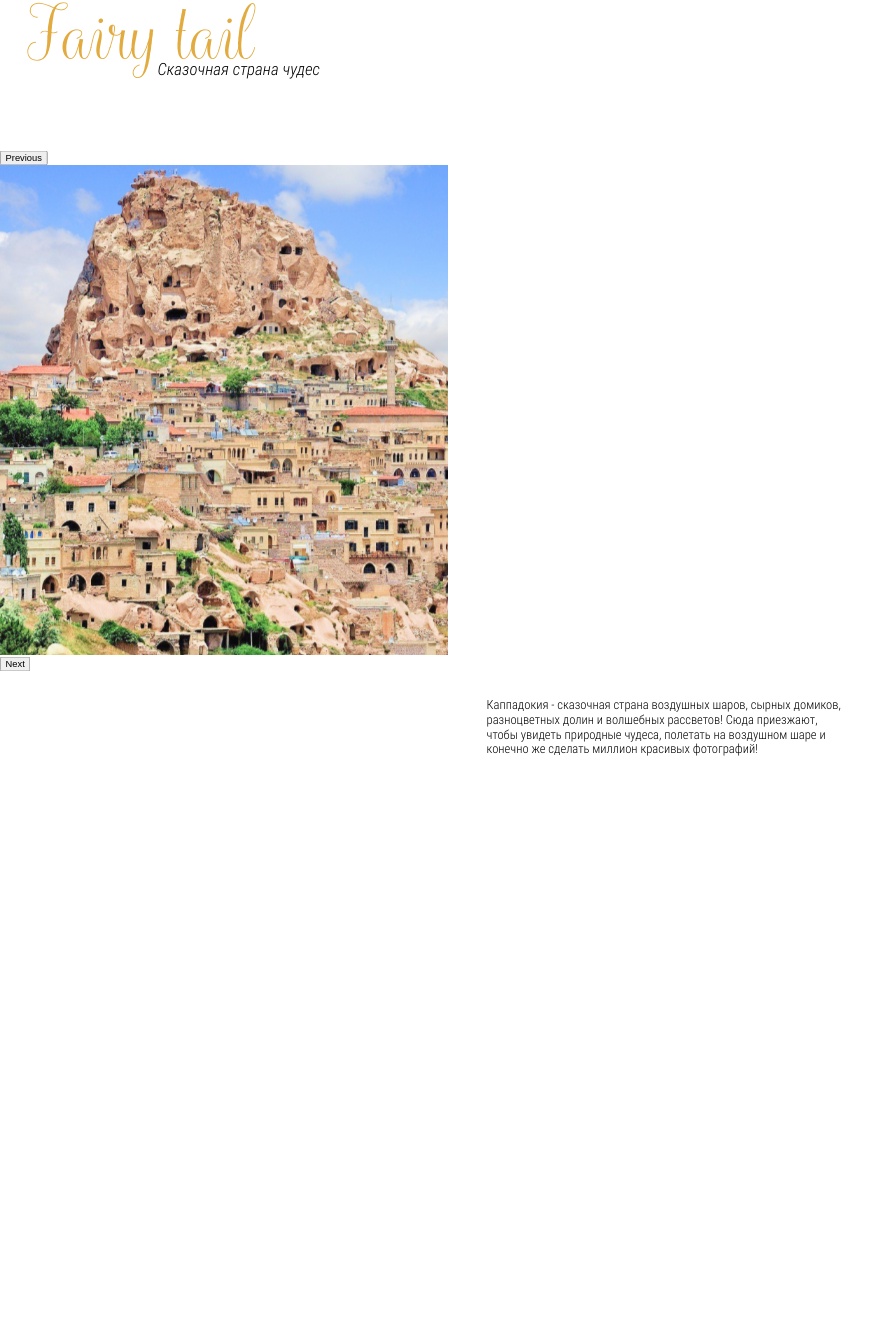
Repository: Lareeman/cappadocia
Page: index.html
An editor plug-in stored every save of this project. The page is shown before and after the next save, followed by the edit.
The browser window is 1280 px wide. The pictures show the part of the page from y = 933 to 2853 px (the page is 11096 px tall before and 2096 px after), at 70% of full size.

Above is the page before, as saved 2024-01-27 12:52:48.

After the next save:
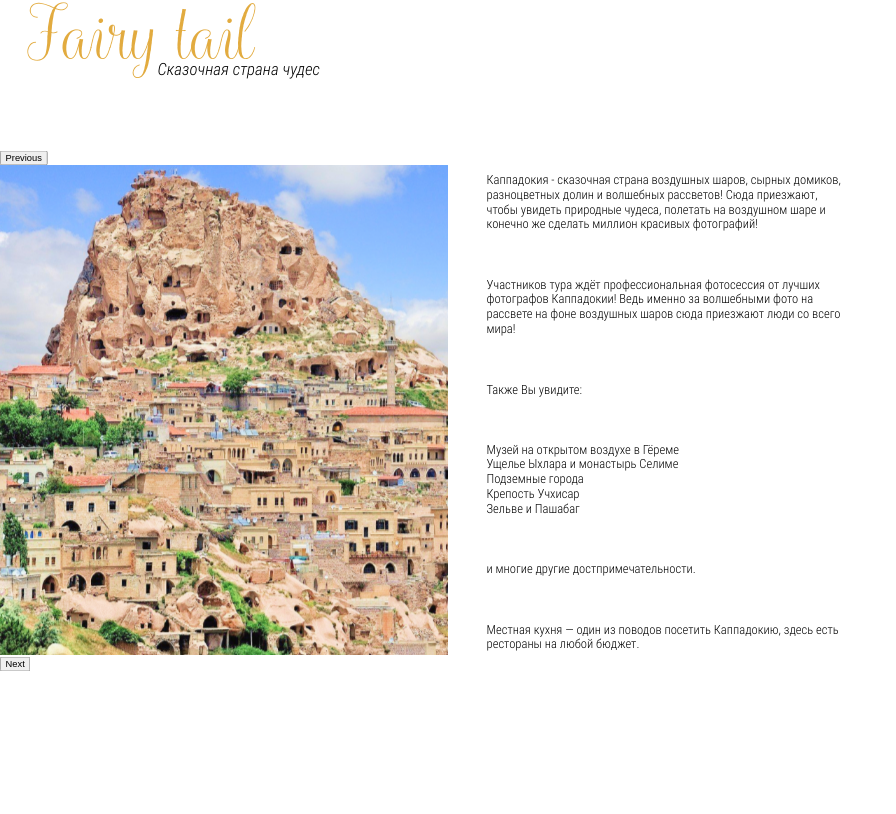
Saved 4 s later.
--- a/css/style.css
+++ b/css/style.css
@@ -193,7 +193,7 @@ body {
 .fairy__container {}
 
 .fairy__body {
-  min-height: 9750px;
+  min-height: 750px;
   display: flex;
   flex-direction: column;
   justify-content: space-around;
